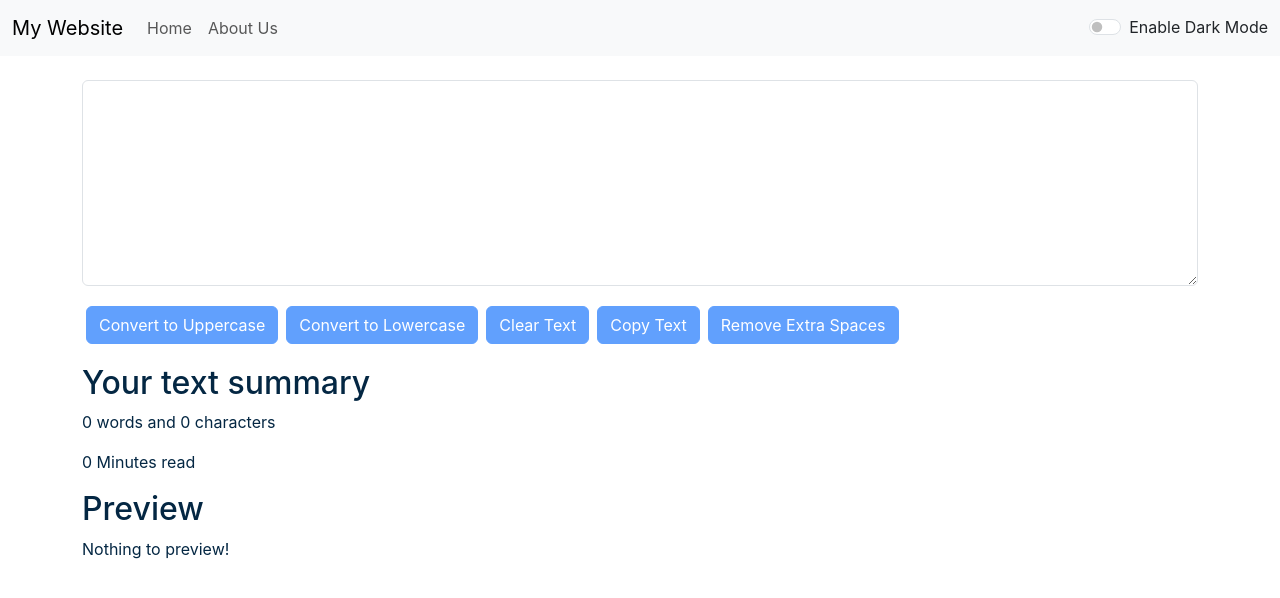
Repository: WajihaGul/Reactjs
Page: /
These files come from the project's save history. The page is drawn as it stood at one moment and after the next save; the edit follows.
The browser window is 1280 px wide. The pictures show the whole page.
The project was rebuilt for these pictures with package versions that can differ from the ones it lists, and the page was loaded fresh each time. Also part of the build but not shown: src/App.css.

Above is the page before, as saved 2024-02-08 09:55:32.

### public/index.html
<!DOCTYPE html>
<html lang="en">
  <head>
    <meta charset="utf-8" />
    <link rel="icon" href="%PUBLIC_URL%/favicon.ico" />
    <meta name="viewport" content="width=device-width, initial-scale=1" />
    <meta name="theme-color" content="#000000" />
    <meta
      name="description"
      content="Web site created using create-react-app"
    />
    <link rel="apple-touch-icon" href="%PUBLIC_URL%/logo192.png" />
    <!--
      manifest.json provides metadata used when your web app is installed on a
      user's mobile device or desktop. See https://developers.google.com/web/fundamentals/web-app-manifest/
    -->
    <link rel="manifest" href="%PUBLIC_URL%/manifest.json" />
    <!--
      Notice the use of %PUBLIC_URL% in the tags above.
      It will be replaced with the URL of the `public` folder during the build.
      Only files inside the `public` folder can be referenced from the HTML.

      Unlike "/favicon.ico" or "favicon.ico", "%PUBLIC_URL%/favicon.ico" will
      work correctly both with client-side routing and a non-root public URL.
      Learn how to configure a non-root public URL by running `npm run build`.
    -->


    <link href="https://cdn.jsdelivr.net/npm/bootstrap@5.3.2/dist/css/bootstrap.min.css" rel="stylesheet" integrity="sha384-T3c6CoIi6uLrA9TneNEoa7RxnatzjcDSCmG1MXxSR1GAsXEV/Dwwykc2MPK8M2HN" crossorigin="anonymous">
    <title>React App</title>

  </head>
  <body>
    <noscript>You need to enable JavaScript to run this app.</noscript>
    <div id="root"></div>
    <script src="https://cdn.jsdelivr.net/npm/bootstrap@5.3.2/dist/js/bootstrap.bundle.min.js" integrity="sha384-C6RzsynM9kWDrMNeT87bh95OGNyZPhcTNXj1NW7RuBCsyN/o0jlpcV8Qyq46cDfL" crossorigin="anonymous"></script>

  </body>
</html>

### src/App.js
import './App.css';
import Navbar from './Components/Navbar';
import TextArea from './Components/TextArea';
import { useState } from 'react';

function App() {
  const [mode, setMode] = useState('light'); // Whether dark mode is enabled or not

  const toggleMode = ()=>{
    if(mode === 'light'){
      setMode('dark');
      document.body.style.backgroundColor = '#042743';

    }
    else{
      setMode('light');
      document.body.style.backgroundColor = 'white';

    }
  }
return (
<>
<Navbar title="My Website" about="About Us" home="HomePage" mode={mode} toggleMode={toggleMode}   />
<TextArea/>
</>
  );
}

export default App;

### src/Components/Navbar.js
import React from 'react';
import PropTypes from 'prop-types';

export default function Navbar(props) {
  return (
      <nav className={`navbar navbar-expand-lg navbar-${props.mode} bg-${props.mode}`}>
          <div className="container-fluid">
              <span className="navbar-brand">{props.title}</span>
              <button className="navbar-toggler" type="button" data-bs-toggle="collapse" data-bs-target="#navbarSupportedContent" aria-controls="navbarSupportedContent" aria-expanded="false" aria-label="Toggle navigation">
                  <span className="navbar-toggler-icon"></span>
              </button>
              <div className="collapse navbar-collapse" id="navbarSupportedContent">
                  <ul className="navbar-nav me-auto mb-2 mb-lg-0">
                      <li className="nav-item">
                          <span className="nav-link" aria-current="page">Home</span>
                      </li>
                      <li className="nav-item">
                          <span className="nav-link">{props.about}</span>
                      </li>
                  </ul>
                  <div className={`form-check form-switch text-${props.mode === 'light' ? 'dark' : 'light'}`}>
                      <input className="form-check-input" onClick={props.toggleMode} type="checkbox" id="flexSwitchCheckDefault"/>
                      <label className="form-check-label" htmlFor="flexSwitchCheckDefault">Enable Dark Mode</label>
                  </div>
              </div>
          </div>
      </nav>
  );
}

Navbar.propTypes = {
    title: PropTypes.string,
    about: PropTypes.string,
    mode: PropTypes.string,
    toggleMode: PropTypes.func
};

### src/Components/TextArea.js
import React, {useState} from 'react'


export default function TextForm(props) {
    const handleUpClick = ()=>{
        let newText = text.toUpperCase();
        setText(newText)
        props.showAlert("Converted to uppercase!", "success");
    }

    const handleLoClick = ()=>{
        let newText = text.toLowerCase();
        setText(newText)
        props.showAlert("Converted to lowercase!", "success");
    }

    const handleClearClick = ()=>{
        let newText = '';
        setText(newText);
        props.showAlert("Text Cleared!", "success");
    }

    const handleOnChange = (event)=>{
        setText(event.target.value)
    }

    // Credits: A
    const handleCopy = () => {
        navigator.clipboard.writeText(text);
        props.showAlert("Copied to Clipboard!", "success");
    }

    // Credits: Coding Wala
    const handleExtraSpaces = () => {
        let newText = text.split(/[ ]+/);
        setText(newText.join(" "));
        props.showAlert("Extra spaces removed!", "success");
    }

    const [text, setText] = useState('');
    // text = "new text"; // Wrong way to change the state
    // setText("new text"); // Correct way to change the state
    return (
        <>
        <div className="container" style={{color: props.mode==='dark'?'white':'#042743'}}>
            <h1 className='mb-4'>{props.heading}</h1>
            <div className="mb-3">
            <textarea className="form-control" value={text} onChange={handleOnChange} style={{backgroundColor: props.mode==='dark'?'#13466e':'white', color: props.mode==='dark'?'white':'#042743'}} id="myBox" rows="8"></textarea>
            </div>
            <button disabled={text.length===0} className="btn btn-primary mx-1 my-1" onClick={handleUpClick}>Convert to Uppercase</button>
            <button disabled={text.length===0} className="btn btn-primary mx-1 my-1" onClick={handleLoClick}>Convert to Lowercase</button>
            <button disabled={text.length===0} className="btn btn-primary mx-1 my-1" onClick={handleClearClick}>Clear Text</button>
            <button disabled={text.length===0} className="btn btn-primary mx-1 my-1" onClick={handleCopy}>Copy Text</button>
            <button disabled={text.length===0} className="btn btn-primary mx-1 my-1" onClick={handleExtraSpaces}>Remove Extra Spaces</button>
        </div>
        <div className="container my-3" style={{color: props.mode==='dark'?'white':'#042743'}}>
            <h2>Your text summary</h2>
            <p>{text.split(/\s+/).filter((element)=>{return element.length!==0}).length} words and {text.length} characters</p>
            <p>{0.008 *  text.split(/\s+/).filter((element)=>{return element.length!==0}).length} Minutes read</p>
            <h2>Preview</h2>
            <p>{text.length>0?text:"Nothing to preview!"}</p>
        </div>
        </>
    )
}

Loaded but not shown: src/index.js (common file); src/index.css (common file); src/reportWebVitals.js (common file)

After the next save:
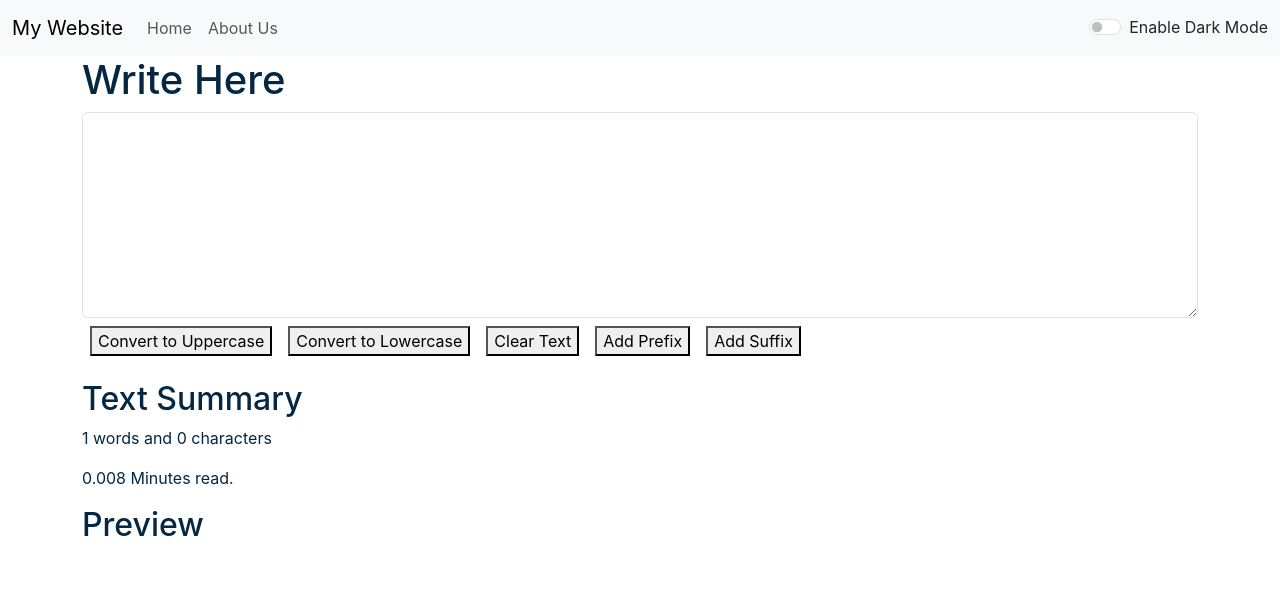
Saved 74 s later.
--- a/src/Components/TextArea.js
+++ b/src/Components/TextArea.js
@@ -1,65 +1,55 @@
-import React, {useState} from 'react'
+import React, { useState } from "react";
 
+export default function TextArea(props) {
+    const [text, setText] = useState('');
 
-export default function TextForm(props) {
-    const handleUpClick = ()=>{
-        let newText = text.toUpperCase();
-        setText(newText)
-        props.showAlert("Converted to uppercase!", "success");
+    const textOnChange = (event) => {
+        setText(event.target.value);
     }
 
-    const handleLoClick = ()=>{
-        let newText = text.toLowerCase();
-        setText(newText)
-        props.showAlert("Converted to lowercase!", "success");
+    const textUpper = () => {
+        let newText = text.toUpperCase();
+        setText(newText);
     }
 
-    const handleClearClick = ()=>{
+    const textLower = () => {
+        let newText = text.toLowerCase();
+        setText(newText);
+    }
+
+    const textClear = () => {
         let newText = '';
         setText(newText);
-        props.showAlert("Text Cleared!", "success");
     }
 
-    const handleOnChange = (event)=>{
-        setText(event.target.value)
+    const prefixText = () => {
+        let newText = 'New Text ' + text;
+        setText(newText);
     }
 
-    // Credits: A
-    const handleCopy = () => {
-        navigator.clipboard.writeText(text);
-        props.showAlert("Copied to Clipboard!", "success");
+    const suffixText = () => {
+        let newText = text + ' New Text ';
+        setText(newText);
     }
 
-    // Credits: Coding Wala
-    const handleExtraSpaces = () => {
-        let newText = text.split(/[ ]+/);
-        setText(newText.join(" "));
-        props.showAlert("Extra spaces removed!", "success");
-    }
-
-    const [text, setText] = useState('');
-    // text = "new text"; // Wrong way to change the state
-    // setText("new text"); // Correct way to change the state
     return (
         <>
-        <div className="container" style={{color: props.mode==='dark'?'white':'#042743'}}>
-            <h1 className='mb-4'>{props.heading}</h1>
-            <div className="mb-3">
-            <textarea className="form-control" value={text} onChange={handleOnChange} style={{backgroundColor: props.mode==='dark'?'#13466e':'white', color: props.mode==='dark'?'white':'#042743'}} id="myBox" rows="8"></textarea>
+            <div className="container" style={{ color: props.mode === 'dark' ? 'white' : '#042743', backgroundColor: props.mode === 'dark' ? '#13466e' : 'white' }}>
+                <h1>Write Here</h1>
+                <textarea className="form-control" value={text} onChange={textOnChange} style={{ backgroundColor: props.mode === 'dark' ? '#13466e' : 'white', color: props.mode === 'dark' ? 'white' : '#042743' }} id="myBox" rows="8"></textarea>
+                <button className="btn1 mx-2 my-2" onClick={textUpper}>Convert to Uppercase</button>
+                <button className="btn2 mx-2 my-2" onClick={textLower}>Convert to Lowercase</button>
+                <button className="btn3 mx-2 " onClick={textClear}>Clear Text</button>
+                <button className="btn4 mx-2 " onClick={prefixText}>Add Prefix</button>
+                <button className="btn5 mx-2 " onClick={suffixText}>Add Suffix</button>
             </div>
-            <button disabled={text.length===0} className="btn btn-primary mx-1 my-1" onClick={handleUpClick}>Convert to Uppercase</button>
-            <button disabled={text.length===0} className="btn btn-primary mx-1 my-1" onClick={handleLoClick}>Convert to Lowercase</button>
-            <button disabled={text.length===0} className="btn btn-primary mx-1 my-1" onClick={handleClearClick}>Clear Text</button>
-            <button disabled={text.length===0} className="btn btn-primary mx-1 my-1" onClick={handleCopy}>Copy Text</button>
-            <button disabled={text.length===0} className="btn btn-primary mx-1 my-1" onClick={handleExtraSpaces}>Remove Extra Spaces</button>
-        </div>
-        <div className="container my-3" style={{color: props.mode==='dark'?'white':'#042743'}}>
-            <h2>Your text summary</h2>
-            <p>{text.split(/\s+/).filter((element)=>{return element.length!==0}).length} words and {text.length} characters</p>
-            <p>{0.008 *  text.split(/\s+/).filter((element)=>{return element.length!==0}).length} Minutes read</p>
-            <h2>Preview</h2>
-            <p>{text.length>0?text:"Nothing to preview!"}</p>
-        </div>
+            <div className="container my-3" style={{ color: props.mode === 'dark' ? 'white' : '#042743' }}>
+                <h2>Text Summary</h2>
+                <p>{text.split(' ').length} words and {text.length} characters</p>
+                <p>{0.008 * text.split(' ').length} Minutes read.</p>
+                <h2>Preview</h2>
+                <p><b>{text}</b></p>
+            </div>
         </>
-    )
+    );
 }
